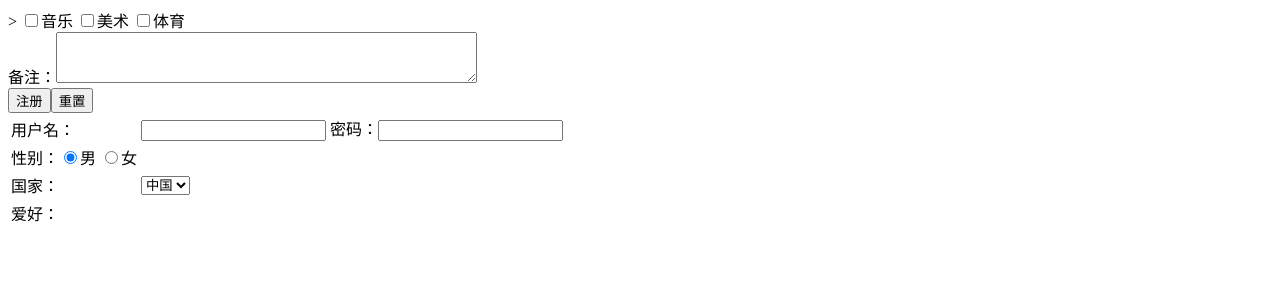
Repository: Lansefanggezi/JavaWeb
Page: HelloServlet/WebContent/Register.html
These files come from the project's save history. The page is drawn as it stood at one moment and after the next save; the edit follows.
The browser window is 1280 px wide. The pictures show the whole page.

Above is the page before, as saved 2018-03-29 08:40:48.

After the next save:
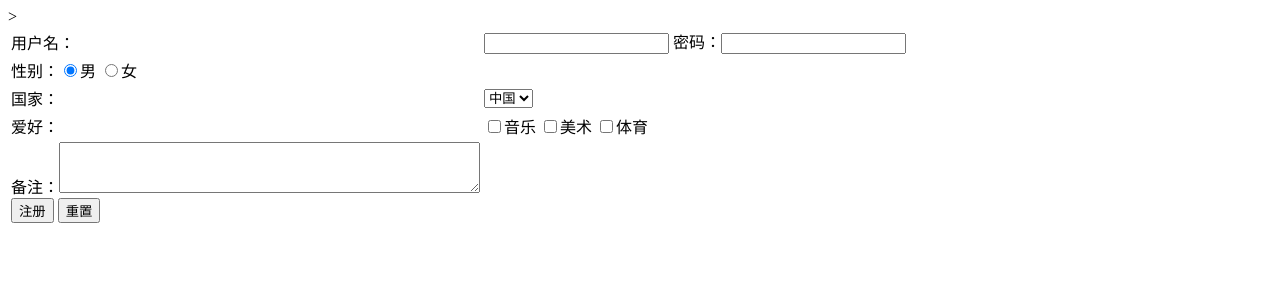
Saved 18 s later.
--- a/HelloServlet/WebContent/Register.html
+++ b/HelloServlet/WebContent/Register.html
@@ -30,10 +30,14 @@
 			</select>
 		</td>>
 		</tr>
-		<tr><td>爱好：</td> <input type="checkbox" name="likes" value="音乐">音乐
+		<tr><td>爱好：</td>
+		<td> <input type="checkbox" name="likes" value="音乐">音乐
 				<input type="checkbox" name="likes" value="美术">美术
 				<input type="checkbox" name="likes" value="体育">体育
-				<br>
+			</td>
+			</tr>
+			<tr>
+			<td>
 		备注：<textarea rows="3" cols="50" name="remark" ></textarea>
 		<br>
 		<input type="submit" value="注册" >
